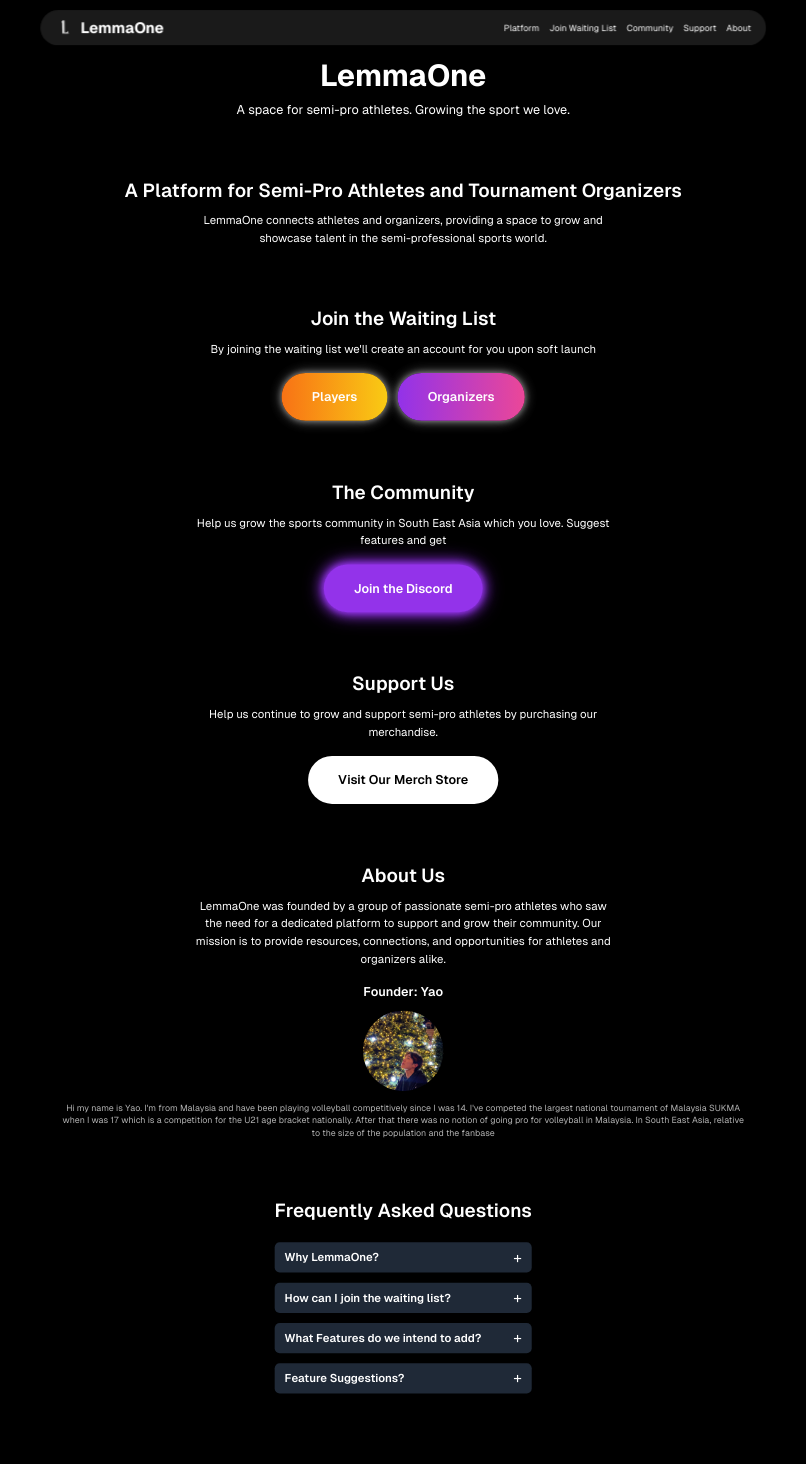
Repository: yao-creative/lemma-one-launch
Page: /
The author's editor kept a copy of each file at every save. The page is drawn from the files as they stood at one save, then again after a run of saves.
The browser window is 1280 px wide. The pictures show the whole page, at 63% of full size.
The project was rebuilt for these pictures with package versions that can differ from the ones it lists, and the page was loaded fresh each time. The framework's server and built-in components were replaced by stand-ins that run in the browser. Also part of the build but not shown: next.config.js, next.config.mjs.

Above is the page before, as saved 2024-09-26 04:15:40.

### app/layout.tsx
import type { Metadata } from "next";
import localFont from "next/font/local";
import "./globals.css";

const geistSans = localFont({
  src: "./fonts/GeistVF.woff",
  variable: "--font-geist-sans",
  weight: "100 900",
});

const geistMono = localFont({
  src: "./fonts/GeistMonoVF.woff",
  variable: "--font-geist-mono",
  weight: "100 900",
});

const nikeFont = localFont({
  src: "./fonts/Futura-Condensed-Extra-Bold.otf",
  variable: "--font-nike",
});

export const metadata: Metadata = {
  title: "LemmaOne",
  description: "A space for semi-pro athletes. Growing the sport we love.",
};

export default function RootLayout({
  children,
}: Readonly<{
  children: React.ReactNode;
}>) {
  return (
    <html lang="en">
      <body
        className={`${geistSans.variable} ${geistMono.variable} ${nikeFont.variable} antialiased`}
      >
        {children}
      </body>
    </html>
  );
}

### app/page.tsx
'use client';

import { useRef, useState } from 'react';
import Image from 'next/image';

export default function Home() {
  const [menuOpen, setMenuOpen] = useState(false);
  const platformRef = useRef<HTMLElement>(null);
  const waitingListRef = useRef<HTMLElement>(null);
  const communityRef = useRef<HTMLElement>(null);
  const supportRef = useRef<HTMLElement>(null);
  const aboutRef = useRef<HTMLElement>(null);
  const faqRef = useRef<HTMLElement>(null);

  const scrollToSection = (ref: React.RefObject<HTMLElement>) => {
    ref.current?.scrollIntoView({ behavior: 'smooth' });
    setMenuOpen(false);
  };

  const [openFAQ, setOpenFAQ] = useState<number | null>(null);

  const toggleFAQ = (index: number) => {
    setOpenFAQ(openFAQ === index ? null : index);
  };

  const faqs = [
    {
      question: "Why LemmaOne?",
      answer: "A Lemma is a term in mathematics for an intermediate result or tool to prove a theorem. We are creating LemmaOne to prove that semi-pro sports is possible in South East Asia."
    },
    {
      question: "How can I join the waiting list?",
      answer: "You can join the waiting list by clicking on either the 'Players' or 'Organizers' button in the 'Join the Waiting List' section. We'll create an account for you upon soft launch."
    },
    {
      question: "What Features do we intend to add?",
      answer: "We're currently building a platform for sports hosting, but would like to grow into an interactive community to help build local tournaments to create a more immersive tournament experience, broaden their reach, and find new monetization methods. This way we can help grow a sustainable semi-pro sports community in South East Asia. "
    },
    {
      question: "Feature Suggestions?",
      answer: "We're always looking for new ideas an feature improvements. Join the Discord to build a community with us."
    }
  ];

  return (
    <div className="min-h-screen bg-black text-white">
      <nav className="fixed top-0 left-0 right-0 z-10">
        <div className="mx-auto max-w-6xl mt-4 px-6 py-3 bg-white/10 backdrop-blur-md rounded-full flex justify-between items-center">
          <div className="flex items-center space-x-2">
            <Image src="/logo192.png" alt="LemmaOne Logo" width={32} height={32} />
            <h1 className="text-2xl font-bold font-nike">LemmaOne</h1>
          </div>
          <div className="hidden md:flex space-x-4 items-center">
            <button onClick={() => scrollToSection(platformRef)} className="text-sm hover:text-gray-300">Platform</button>
            <button onClick={() => scrollToSection(waitingListRef)} className="text-sm hover:text-gray-300">Join Waiting List</button>
            <button onClick={() => scrollToSection(communityRef)} className="text-sm hover:text-gray-300">Community</button>
            <button onClick={() => scrollToSection(supportRef)} className="text-sm hover:text-gray-300">Support</button>
            <button onClick={() => scrollToSection(aboutRef)} className="text-sm hover:text-gray-300">About</button>
          </div>
          <button onClick={() => setMenuOpen(!menuOpen)} className="md:hidden">
            <svg className="w-6 h-6" fill="none" stroke="currentColor" viewBox="0 0 24 24" xmlns="http://www.w3.org/2000/svg">
              <path strokeLinecap="round" strokeLinejoin="round" strokeWidth={2} d="M4 6h16M4 12h16M4 18h16" />
            </svg>
          </button>
        </div>
        {menuOpen && (
          <div className="md:hidden absolute top-full left-0 right-0 bg-black/90 backdrop-blur-md py-4">
            <button onClick={() => scrollToSection(platformRef)} className="block w-full text-left px-6 py-2 hover:bg-white/10">Platform</button>
            <button onClick={() => scrollToSection(waitingListRef)} className="block w-full text-left px-6 py-2 hover:bg-white/10">Join Waiting List</button>
            <button onClick={() => scrollToSection(communityRef)} className="block w-full text-left px-6 py-2 hover:bg-white/10">Community</button>
            <button onClick={() => scrollToSection(supportRef)} className="block w-full text-left px-6 py-2 hover:bg-white/10">Support</button>
            <button onClick={() => scrollToSection(aboutRef)} className="block w-full text-left px-6 py-2 hover:bg-white/10">About</button>
          </div>
        )}
      </nav>

      <main className="flex min-h-screen flex-col items-center justify-between p-24 space-y-24">
        <section className="text-center flex flex-col items-center">
          <h2 className="text-4xl md:text-5xl font-bold font-nike mb-4">LemmaOne</h2>
          <p className="text-lg md:text-xl max-w-2xl">A space for semi-pro athletes. Growing the sport we love.</p>
        </section>

        <section ref={platformRef} className="text-center flex flex-col items-center">
          <h3 className="text-2xl md:text-3xl font-semibold font-nike mb-4">A Platform for Semi-Pro Athletes and Tournament Organizers</h3>
          <p className="text-base md:text-lg max-w-2xl">
            LemmaOne connects athletes and organizers, providing a space to grow and showcase talent in the semi-professional sports world.
          </p>
        </section>

        <section ref={waitingListRef} className="text-center flex flex-col items-center">
          <h3 className="text-2xl md:text-3xl font-semibold font-nike mb-4">Join the Waiting List</h3>
          <p className="text-base md:text-lg mb-6 max-w-2xl">
            By joining the waiting list we'll create an account for you upon soft launch
          </p>
          <div className="flex flex-col md:flex-row justify-center space-y-4 md:space-y-0 md:space-x-4">
            <button className="px-12 py-6 rounded-full text-xl font-semibold text-white bg-gradient-to-r from-orange-500 to-yellow-400 hover:from-orange-600 hover:to-yellow-500 transition-all duration-300 animate-pulse-subtle glow-button">
              Players
            </button>
            <button className="px-12 py-6 rounded-full text-xl font-semibold text-white bg-gradient-to-r from-purple-600 to-pink-500 hover:from-purple-700 hover:to-pink-600 transition-all duration-300 animate-pulse-subtle glow-button">
              Organizers
            </button>
          </div>
        </section>

        <section ref={communityRef} className="text-center flex flex-col items-center">
          <h3 className="text-2xl md:text-3xl font-semibold font-nike mb-4">The Community</h3>
          <p className="text-base md:text-lg mb-6 max-w-2xl">
            Help us grow the sports community in South East Asia which you love. Suggest features and get
          </p>
          <a href="https://discord.gg/QztR7ZPM" className="inline-block px-12 py-6 rounded-full text-xl bg-purple-600 text-white font-semibold hover:bg-purple-700 transition-colors duration-300 neon-button">
            Join the Discord
          </a>
        </section>

        <section ref={supportRef} className="text-center flex flex-col items-center">
          <h3 className="text-2xl md:text-3xl font-semibold font-nike mb-4">Support Us</h3>
          <p className="text-base md:text-lg mb-6 max-w-2xl">
            Help us continue to grow and support semi-pro athletes by purchasing our merchandise.
          </p>
          <a href="#" className="inline-block px-12 py-6 rounded-full text-xl bg-white text-black font-semibold hover:bg-gray-200 transition-colors duration-300">
            Visit Our Merch Store
          </a>
        </section>

        <section ref={aboutRef} className="text-center flex flex-col items-center">
          <h3 className="text-2xl md:text-3xl font-semibold font-nike mb-4">About Us</h3>
          <p className="text-base md:text-lg max-w-2xl">
            LemmaOne was founded by a group of passionate semi-pro athletes who saw the need for a dedicated platform to support and grow their community. Our mission is to provide resources, connections, and opportunities for athletes and organizers alike.
          </p>
          <div className="mt-6">
            <h3 className="text-xl font-semibold mb-4">Founder: Yao</h3>
            <div className="relative w-32 h-32 mx-auto mb-4">
              <Image
                src="/about/profile.jpg"
                alt="Yao - Founder"
                layout="fill"
                objectFit="cover"
                className="rounded-full"
              />
            </div>
            <p className="text-sm opacity-70">
              Hi my name is Yao. I'm from Malaysia and have been playing volleyball competitively since I was 14. I've competed the largest national tournament of Malaysia SUKMA when I was 17 which is a competition for the U21 age bracket nationally. After that there was no notion of going pro for volleyball in Malaysia. In South East Asia, relative to the size of the population and the fanbase
            </p>
          </div>
        </section>

        <section ref={faqRef} className="text-center flex flex-col items-center">
          <h3 className="text-2xl md:text-3xl font-semibold font-nike mb-8">Frequently Asked Questions</h3>
          <div className="w-full max-w-2xl">
            {faqs.map((faq, index) => (
              <div key={index} className="mb-4">
                <button
                  className="flex justify-between items-center w-full text-left px-4 py-2 bg-gray-800 hover:bg-gray-700 transition-colors duration-300 rounded-lg"
                  onClick={() => toggleFAQ(index)}
                >
                  <span className="text-lg font-semibold">{faq.question}</span>
                  <span className="text-2xl">{openFAQ === index ? '−' : '+'}</span>
                </button>
                {openFAQ === index && (
                  <div className="mt-2 px-4 py-2 bg-gray-900 rounded-lg">
                    <p className="text-base">{faq.answer}</p>
                  </div>
                )}
              </div>
            ))}
          </div>
        </section>
      </main>
    </div>
  );
}

### app/globals.css
@tailwind base;
@tailwind components;
@tailwind utilities;

:root {
  --background: #000000;
  --foreground: #ffffff;
}

@media (prefers-color-scheme: dark) {
  :root {
    --background: #0a0a0a;
    --foreground: #ededed;
  }
}

body {
  color: var(--foreground);
  background: var(--background);
  font-family: var(--font-geist-sans), Arial, sans-serif;
}

@layer utilities {
  .text-balance {
    text-wrap: balance;
  }
}

@keyframes pulse-subtle {
  0%, 100% {
    opacity: 1;
  }
  50% {
    opacity: 0.8;
  }
}

.animate-pulse-subtle {
  animation: pulse-subtle 2s cubic-bezier(0.4, 0, 0.6, 1) infinite;
}

.glow-button {
  box-shadow: 0 0 10px rgba(255, 255, 255, 0.5), 0 0 20px rgba(255, 255, 255, 0.3), 0 0 30px rgba(255, 255, 255, 0.1);
  transition: all 0.3s ease;
}

.glow-button:hover {
  box-shadow: 0 0 15px rgba(255, 255, 255, 0.7), 0 0 25px rgba(255, 255, 255, 0.5), 0 0 35px rgba(255, 255, 255, 0.3);
}

.neon-button {
  box-shadow: 0 0 10px #9333ea, 0 0 20px #9333ea, 0 0 30px #9333ea;
  animation: neon-glow 1.5s ease-in-out infinite alternate;
}

@keyframes neon-glow {
  from {
    box-shadow: 0 0 10px #9333ea, 0 0 20px #9333ea, 0 0 30px #9333ea;
  }
  to {
    box-shadow: 0 0 20px #9333ea, 0 0 30px #9333ea, 0 0 40px #9333ea;
  }
}

@keyframes pulse {
  0%, 100% {
    opacity: 1;
  }
  50% {
    opacity: 0.5;
  }
}

.animate-pulse {
  animation: pulse 2s cubic-bezier(0.4, 0, 0.6, 1) infinite;
}

Loaded but not shown: tailwind.config.ts (common file)

After the next 9 saves:
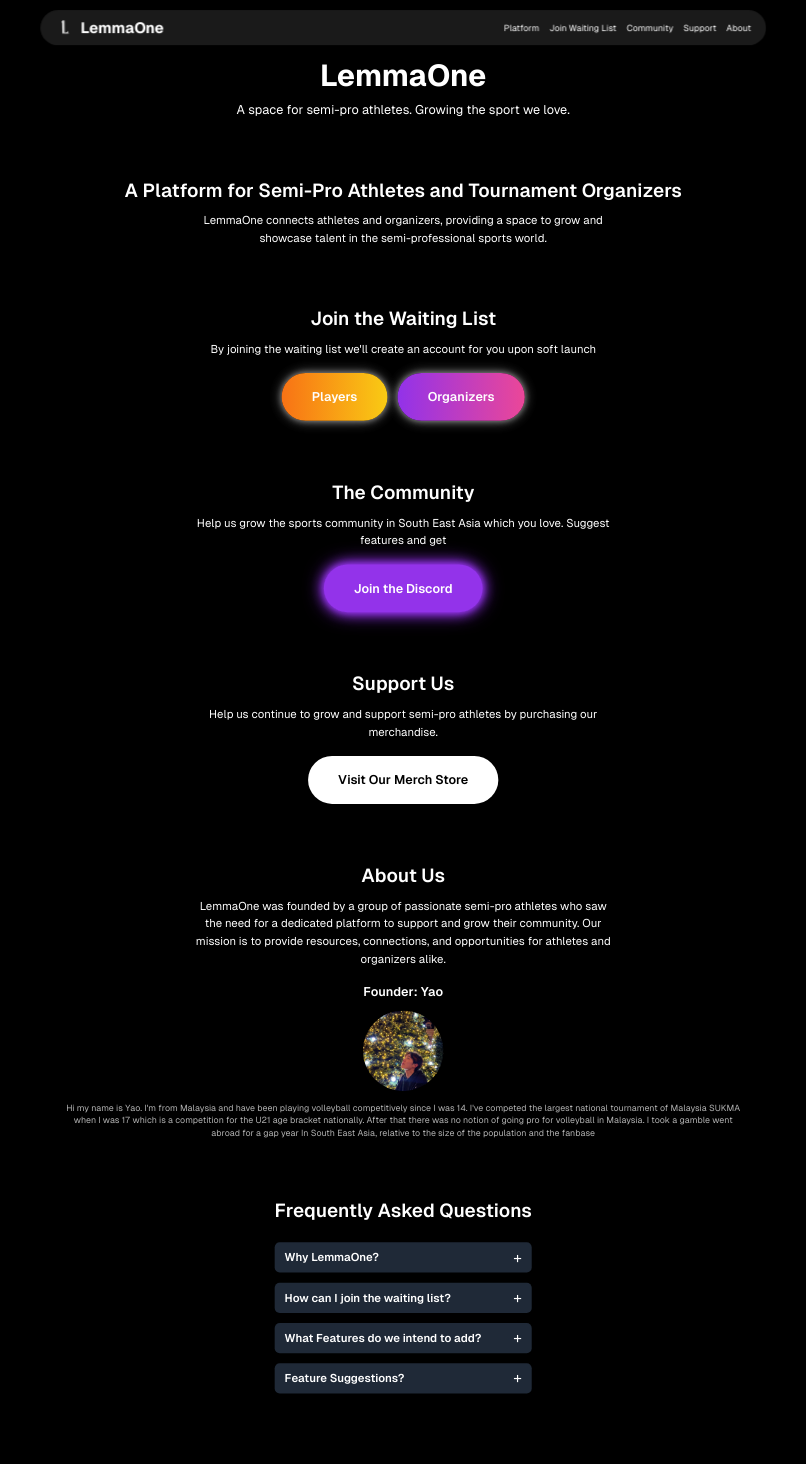
The 9 saves are shown as one change because they came seconds apart.
The last was saved 20 s later.
--- a/app/page.tsx
+++ b/app/page.tsx
@@ -139,7 +139,7 @@ export default function Home() {
               />
             </div>
             <p className="text-sm opacity-70">
-              Hi my name is Yao. I'm from Malaysia and have been playing volleyball competitively since I was 14. I've competed the largest national tournament of Malaysia SUKMA when I was 17 which is a competition for the U21 age bracket nationally. After that there was no notion of going pro for volleyball in Malaysia. In South East Asia, relative to the size of the population and the fanbase
+              Hi my name is Yao. I'm from Malaysia and have been playing volleyball competitively since I was 14. I've competed the largest national tournament of Malaysia SUKMA when I was 17 which is a competition for the U21 age bracket nationally. After that there was no notion of going pro for volleyball in Malaysia. I took a gamble went abroad for a gap year  In South East Asia, relative to the size of the population and the fanbase
             </p>
           </div>
         </section>
